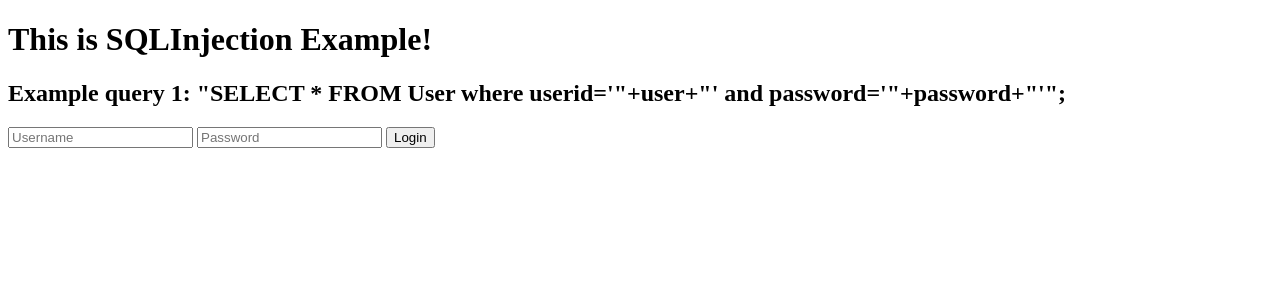
Repository: Ceachi/Securitatea-bazelor-de-date-Curs
Page: http://localhost/SQLInjectionReferat/
These files come from the project's save history. The page is drawn as it stood at one moment and after the next save; the edit follows.
The browser window is 1280 px wide. The pictures show the whole page.
The page is served by Tomcat 9. Nobody is signed in. The application's start-up code is not run.

Above is the page before, as saved 2019-01-03 11:23:13.

After the next save:
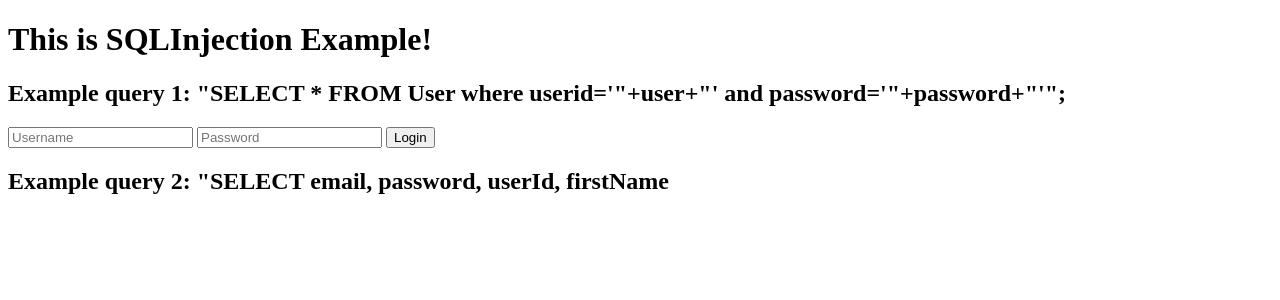
Saved 2 min 53 s later.
--- a/Proiect_eu_SQL_Injection/SQL-Injection-Referat-master/SQLInjectionReferat/src/main/webapp/index.jsp
+++ b/Proiect_eu_SQL_Injection/SQL-Injection-Referat-master/SQLInjectionReferat/src/main/webapp/index.jsp
@@ -20,5 +20,7 @@
 		<input type="text" placeholder="Password" name="password">
 		<button type="submit">Login</button>
 	</form>
+
+	<h2> Example query 2: "SELECT email, password, userId, firstName</h2>
 </body>
 </html>
